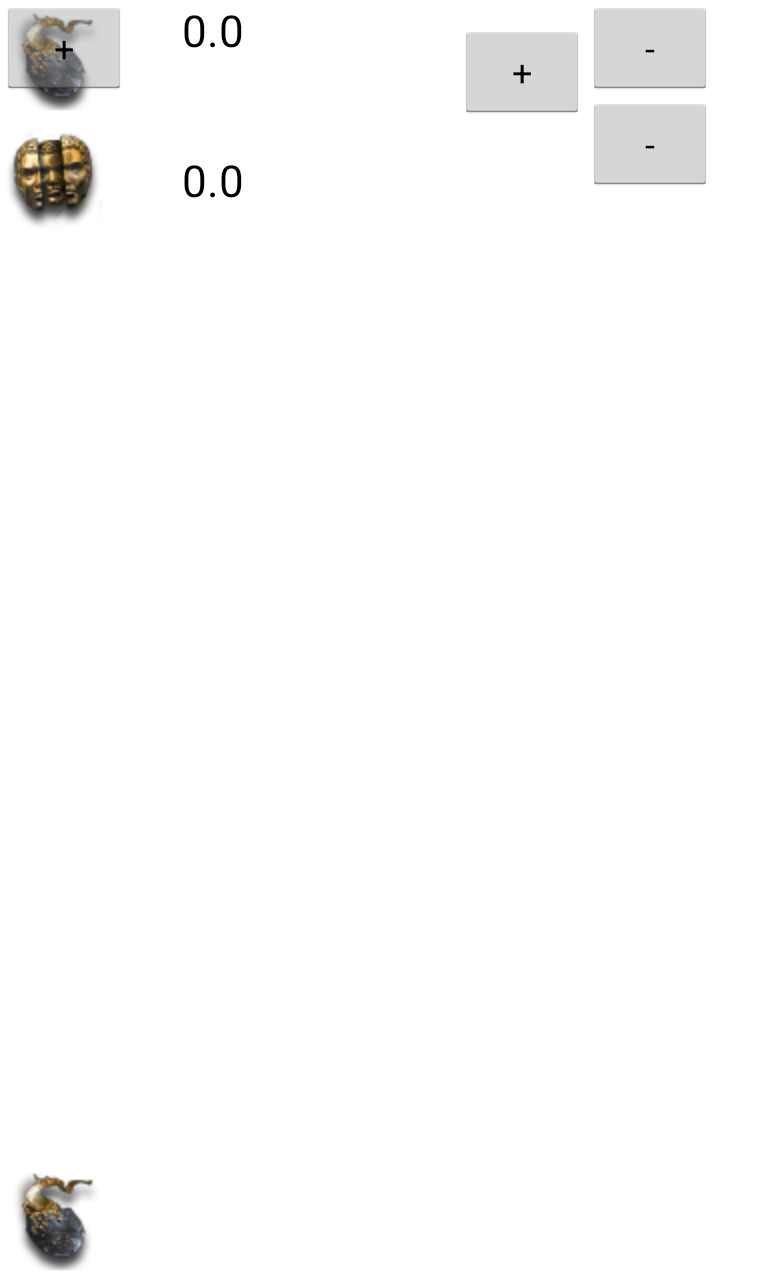
Repository: erictoddhagen/StartingAndriod
Layout: MyFirstApp/OrbTradeTracker/res/layout/activity_main.xml
The author's editor kept a copy of each file at every save. The layout is drawn from the files as they stood at one save, then again after the next save.
It is drawn on a 768 x 1280 px phone screen (xhdpi) without system bars, with theme AppTheme; the app's code is not run.

Above is the layout before, as saved 2013-02-03 08:44:20.

After the next save:
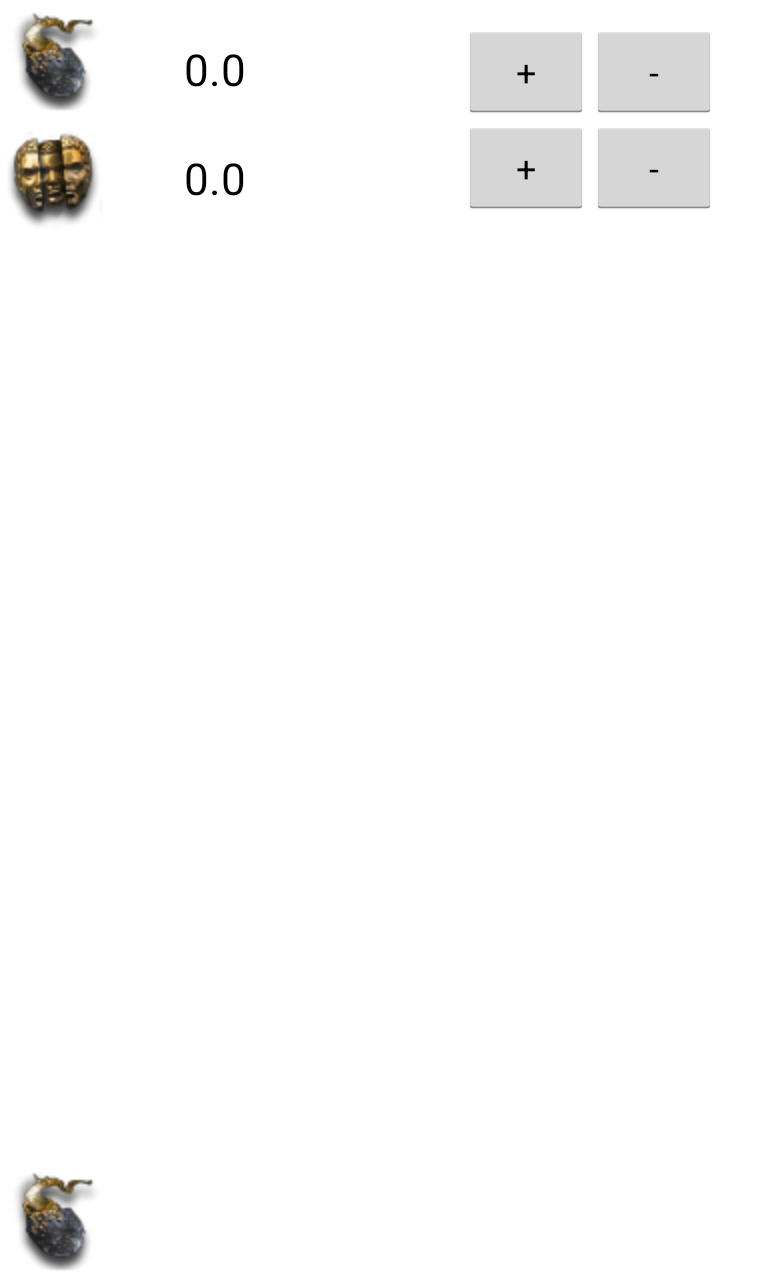
Saved 86 s later.
--- a/MyFirstApp/OrbTradeTracker/res/layout/activity_main.xml
+++ b/MyFirstApp/OrbTradeTracker/res/layout/activity_main.xml
@@ -20,35 +20,6 @@
         android:layout_alignParentLeft="true"
         android:src="@drawable/alchemy" />
 
-    <Button
-        android:id="@+id/buttonsubtract"
-        android:layout_width="wrap_content"
-        android:layout_height="wrap_content"
-        android:layout_alignBaseline="@+id/buttonadd"
-        android:layout_alignBottom="@+id/buttonadd"
-        android:layout_alignParentRight="true"
-        android:layout_marginRight="27dp"
-        android:text="-" />
-
-    <Button
-        android:id="@+id/alchButtonAdd"
-        android:layout_width="wrap_content"
-        android:layout_height="wrap_content"
-        android:layout_alignBottom="@+id/imageView1"
-        android:layout_toLeftOf="@+id/buttonsubtract"
-        android:text="+" />
-
-    <TextView
-        android:id="@+id/textView1"
-        android:layout_width="wrap_content"
-        android:layout_height="wrap_content"
-        android:layout_alignBaseline="@+id/buttonadd"
-        android:layout_alignBottom="@+id/buttonadd"
-        android:layout_marginLeft="36dp"
-        android:layout_toRightOf="@+id/imageView1"
-        android:text="0.0"
-        android:textAppearance="?android:attr/textAppearanceLarge" />
-
     <ImageView
         android:id="@+id/imageView3"
         android:layout_width="wrap_content"
@@ -57,30 +28,59 @@
         android:layout_below="@+id/imageView1"
         android:src="@drawable/chaos" />
 
-    <TextView
-        android:id="@+id/TextView01"
-        android:layout_width="wrap_content"
-        android:layout_height="wrap_content"
-        android:layout_alignLeft="@+id/textView1"
-        android:layout_alignTop="@+id/imageView3"
-        android:layout_marginTop="15dp"
-        android:text="0.0"
-        android:textAppearance="?android:attr/textAppearanceLarge" />
-
     <Button
         android:id="@+id/chaosButtonAdd"
         android:layout_width="wrap_content"
         android:layout_height="wrap_content"
-        android:layout_alignLeft="@+id/buttonadd"
-        android:layout_below="@+id/buttonadd"
+        android:layout_alignLeft="@+id/alchButtonAdd"
+        android:layout_below="@+id/alchButtonAdd"
         android:text="+" />
+
+    <TextView
+        android:id="@+id/alchTextView"
+        android:layout_width="wrap_content"
+        android:layout_height="wrap_content"
+        android:layout_alignBaseline="@+id/alchButtonAdd"
+        android:layout_alignBottom="@+id/alchButtonAdd"
+        android:layout_marginLeft="37dp"
+        android:layout_toRightOf="@+id/imageView1"
+        android:text="0.0"
+        android:textAppearance="?android:attr/textAppearanceLarge" />
 
     <Button
         android:id="@+id/chaosButtonSub"
         android:layout_width="wrap_content"
         android:layout_height="wrap_content"
-        android:layout_alignLeft="@+id/buttonsubtract"
-        android:layout_below="@+id/buttonsubtract"
+        android:layout_alignBaseline="@+id/chaosButtonAdd"
+        android:layout_alignBottom="@+id/chaosButtonAdd"
+        android:layout_toRightOf="@+id/chaosButtonAdd"
         android:text="-" />
 
+    <Button
+        android:id="@+id/alchButtonSub"
+        android:layout_width="wrap_content"
+        android:layout_height="wrap_content"
+        android:layout_above="@+id/chaosButtonAdd"
+        android:layout_alignParentRight="true"
+        android:layout_marginRight="25dp"
+        android:text="-" />
+
+    <TextView
+        android:id="@+id/chaosTextView"
+        android:layout_width="wrap_content"
+        android:layout_height="wrap_content"
+        android:layout_alignLeft="@+id/alchTextView"
+        android:layout_alignTop="@+id/imageView3"
+        android:layout_marginTop="14dp"
+        android:text="0.0"
+        android:textAppearance="?android:attr/textAppearanceLarge" />
+
+    <Button
+        android:id="@+id/alchButtonAdd"
+        android:layout_width="wrap_content"
+        android:layout_height="wrap_content"
+        android:layout_alignBottom="@+id/imageView1"
+        android:layout_toLeftOf="@+id/alchButtonSub"
+        android:text="+" />
+
 </RelativeLayout>
